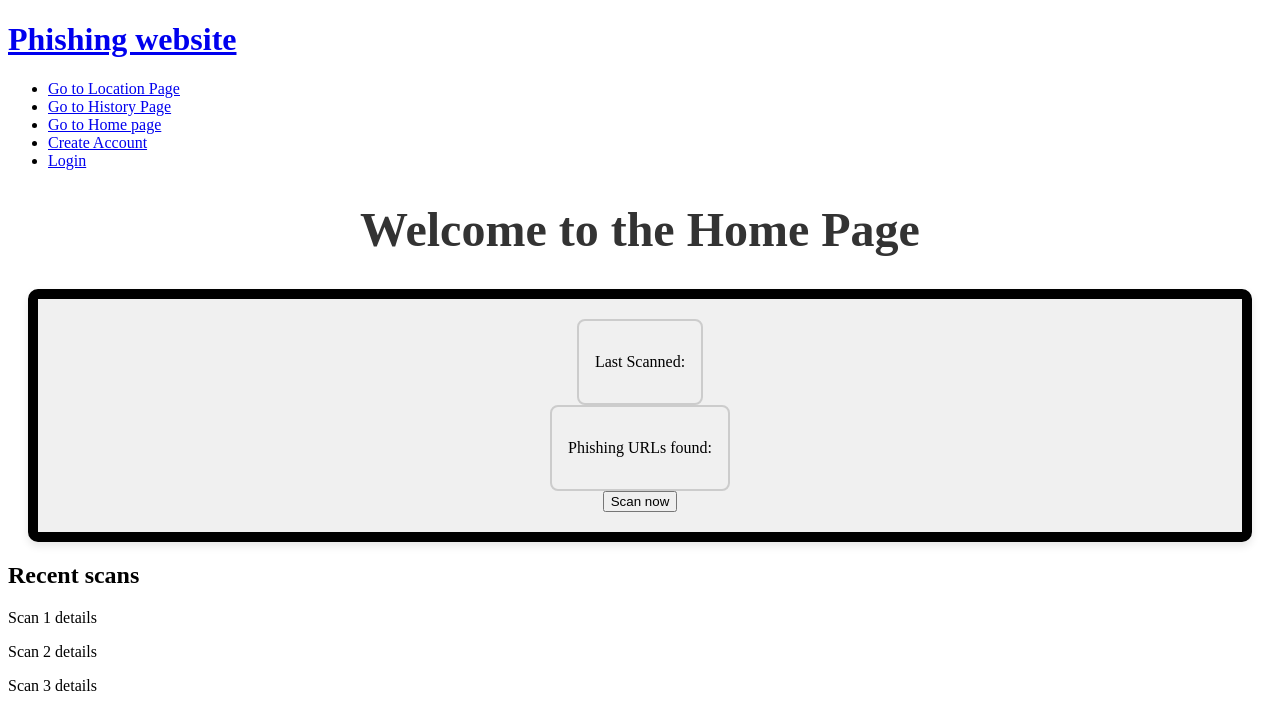
Repository: 2305199/Final-year-project
Page: / (app in frontend/)
An editor plug-in stored every save of this project. The page is shown before and after the next save, followed by the edit.
The browser window is 1280 px wide. The pictures show the whole page.
The project was rebuilt for these pictures with package versions that can differ from the ones it lists, and the page was loaded fresh each time. Also part of the build but not shown: frontend/vite.config.js, frontend/src/Location/Location.jsx, frontend/src/History/History.jsx, frontend/src/User/CreateAccount.jsx, frontend/src/User/Login.jsx.

Above is the page before, as saved 2026-01-29 00:50:29.

### frontend/src/App.jsx
import { BrowserRouter as Router, Routes, Route } from 'react-router-dom';
import Home from './Home/Home.jsx'
import Location from './Location/Location.jsx'
import History from './History/History.jsx'
import CreateAccount from './User/CreateAccount.jsx'
import Login from './User/Login.jsx'
import Header from './components/Header.jsx'

function App() {

  return (
    <Router>
    <Header />
   <Routes>
      <Route path="/" element={<Home />} />
      <Route path="/location" element={<Location />} />
      <Route path="/history" element={<History />} />
      <Route path="/createAccount" element={<CreateAccount />} />
      <Route path="/login" element={<Login />} />
   </Routes>
    </Router>
  )
}

export default App

### frontend/src/Home/Home.jsx
import styles from './Home.module.css'
function Home() {
    return ( <div>
        <div className={styles.title}> <h1>Welcome to the Home Page</h1></div>


    <div className={styles.Box}>
        <div className={styles.card} ><p>Last Scanned:</p></div>
        <div className={styles.card}><p>Phishing URLs found:</p></div>
        <button>Scan now</button>
    </div>

    <div>
        <h2>Recent scans</h2>
        <div className={styles.recentScans}>
            <div className={styles.scanCard}><p>Scan 1 details</p></div>
            <div className={styles.scanCard}><p>Scan 2 details</p></div>
            <div className={styles.scanCard}><p>Scan 3 details</p></div>
        </div>
    </div>

    </div>)
}
export default Home

### frontend/src/components/Header.jsx
function Header() {
    return (<div>
    <h1> <a href="/">Phishing website </a></h1>
     <ul>
        <li><a href="/location">Go to Location Page</a></li>
        <li><a href="/history">Go to History Page</a></li>
        <li><a href="/">Go to Home page</a></li>
        <li><a href="/createAccount">Create Account</a></li>
        <li><a href="/login">Login</a></li>
    </ul>
    </div>)

}
export default Header

### frontend/src/Home/Home.module.css
.title{
    text-align: center;
    font-size: 1.5rem;
    margin-bottom: 20px;
    color: #333;
}
.Box{
    display: flex;
    flex-direction: column;
    align-items: center;
    justify-content: center;
   border: 10px solid black;
    padding: 20px;
    margin: 20px;
    background-color: #f0f0f0;
    border-radius: 10px;
    box-shadow: 0 4px 8px rgba(0, 0, 0, 0.1);

}
.container {
  display: grid;
  gap: 20px;
}

.card {
  border: 2px solid #ccc;
  padding: 16px;
  border-radius: 8px;
}

Loaded but not shown: frontend/index.html (common file); frontend/src/main.jsx (common file); frontend/src/index.css (no stored copy; drawn as an empty file)

After the next save:
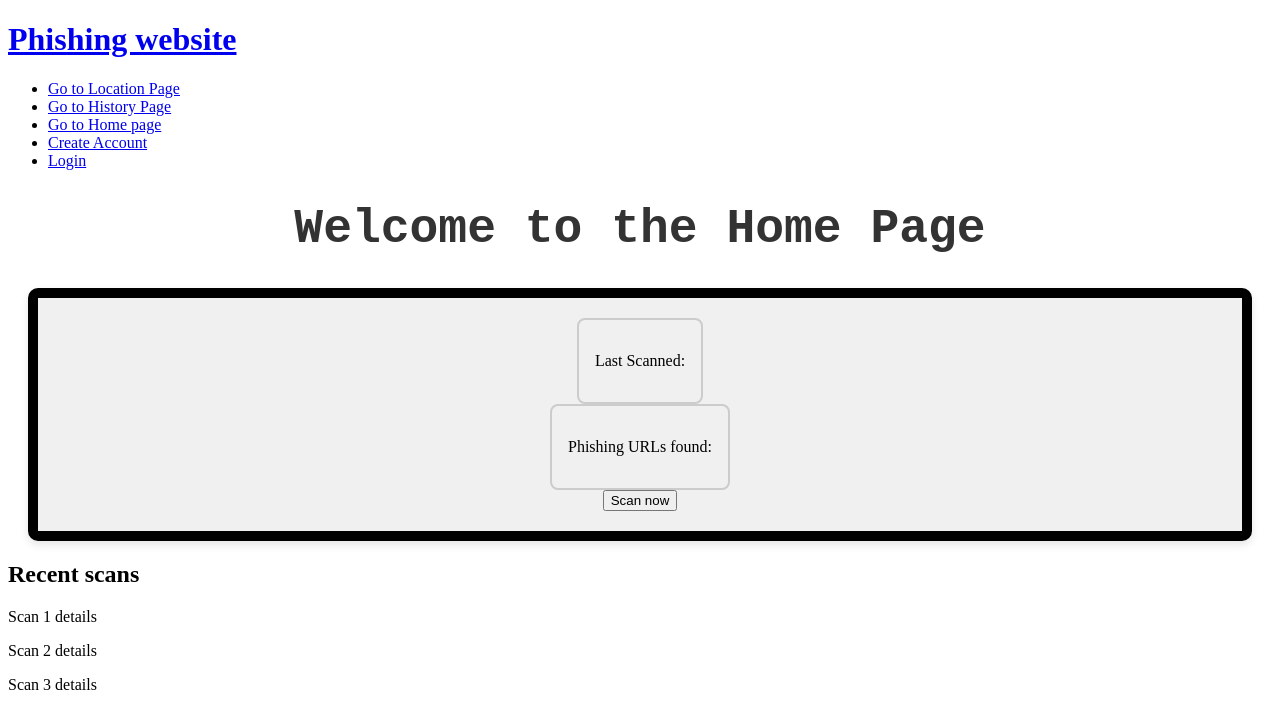
Saved 14 s later.
--- a/frontend/src/Home/Home.module.css
+++ b/frontend/src/Home/Home.module.css
@@ -3,6 +3,7 @@
     font-size: 1.5rem;
     margin-bottom: 20px;
     color: #333;
+    font-family: 'Courier New', Courier, monospace;
 }
 .Box{
     display: flex;
